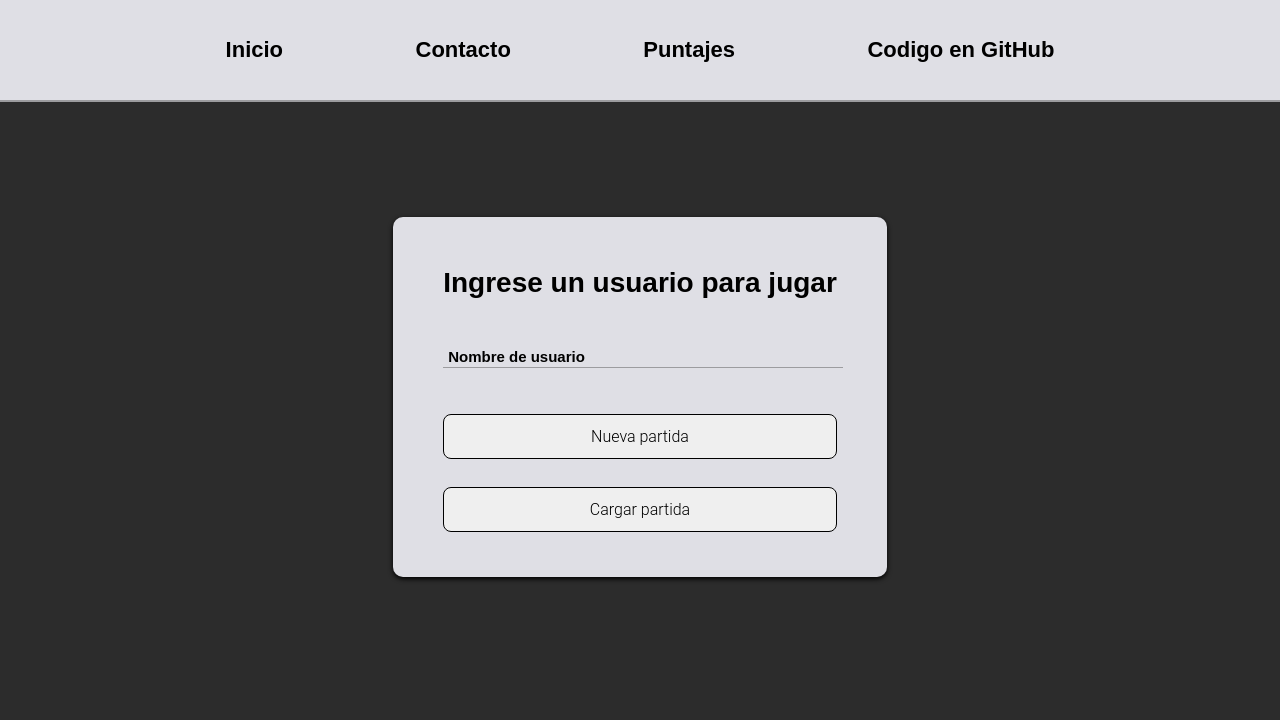
Repository: FacundoKinderknecht/FacundoKinderknecht_Wordle_Game_LPPA
Page: index.html
These files come from the project's save history. The page is drawn as it stood at one moment and after the next save; the edit follows.
The browser window is 1280 px wide. The pictures show the whole page.

Above is the page before, as saved 2023-08-08 09:25:35.

### index.html
<!DOCTYPE html>
<html lang="en">
    <head>
        <meta charset="UTF-8">
        <meta http-equiv="X-UA-Compatible" content="IE=edge">
        <meta name="viewport" content="width=device-width, initial-scale=1.0">

        <link rel ="stylesheet" href="..css/reset.css">
        <link rel="stylesheet" href="../css/styles.css">
        <link rel="stylesheet" href="../css/index.css">

        <script src="../js/index.js"></script>

        <title>Final LPPA Facundo Kinderknecht</title>
    </head>
    <body>
        <header>
            <nav class="navbar">
                <a href="../index.html">Inicio</a>
                <a href="">Contacto</a>
                <a href="../html/puntajes.html">Puntajes</a>
                <a href="https://github.com/FacundoKinderknecht/FacundoKinderknecht_Wordle_Game_LPPA" target="_blank">Codigo en GitHub</a>
            </nav>
        </header>

        <div class="form-container">
            <form class="form-user">
                <h2 class="form-title">Ingrese un usuario para jugar</h2>
                <fieldset class="form-login">
                    <input class="form-txt" id="txt-user" placeholder="">
                    <label class="form-lbl" id="lbl-user" for="txt-user">Nombre de usuario</label>
                </fieldset>
                <input type="button" class="form-button" value="Nueva partida" id="btn-new">
                <input type="button" class="form-button" value="Cargar partida" id="btn-load">
                <label class="form-txt-error hidden" id="lblErrorEmpty">Debe ingresar un usuario</label>
                <label class="form-txt-error hidden" id="error-new">Ese usuario ya tiene partida</label>
                <label class="form-txt-error hidden" id="error-load">No hay partida para ese usuario</label>
            </form>
        </div>
    </body>
</html>

### css/reset.css
/* http://meyerweb.com/eric/tools/css/reset/
   v2.0 | 20110126
   License: none (public domain)
*/

html, body, div, span, applet, object, iframe,
h1, h2, h3, h4, h5, h6, p, blockquote, pre,
a, abbr, acronym, address, big, cite, code,
del, dfn, em, img, ins, kbd, q, s, samp,
small, strike, strong, sub, sup, tt, var,
b, u, i, center,
dl, dt, dd, ol, ul, li,
fieldset, form, label, legend,
table, caption, tbody, tfoot, thead, tr, th, td,
article, aside, canvas, details, embed,
figure, figcaption, footer, header, hgroup,
menu, nav, output, ruby, section, summary,
time, mark, audio, video {
	margin: 0;
	padding: 0;
	border: 0;
	font-size: 100%;
	font: inherit;
	vertical-align: baseline;
}

### css/styles.css
body{
    font-family: Arial, Helvetica, sans-serif;
    background-color: rgba(0, 0, 0, 0.827);
    display:flex;
    align-items: center;
    flex-direction: column;
}

header{
    width: 100%;
    height: 100px;
    margin-bottom: 15px;
    display: flex;
    justify-content: justify-content;
    align-items: center;
    background-color: rgba(248, 248, 255, 0.874);
    border-bottom: 2px solid rgb(87, 87, 87, 0.49);
}

header nav{
    display:flexbox;
    justify-content: justify-content;
    align-items:center;
    text-align: center;
    width: 100%;
}

header nav a{
    text-decoration: none;
    align-items:center;
    font-weight: bold;
    font-size: 22px;
    color: black;
    margin: 5%;
}

.hidden {
    display:none;
}

### css/index.css
form{
    background-color: rgba(248, 248, 255, 0.874);
    margin: 100px auto;
    width: 90%;
    max-width: 400px;
    padding: 50px;
    padding-bottom: 25px;
    border-radius: 10px;
    box-shadow: 0px 2px 5px;
    text-align: center;
}

.form-title{
    font-size: 28px;
    margin-bottom: 40px;
    font-weight: 700;
}

.form-container{
    margin-top: 50px;
    display:flex;
    margin: auto;
}

.form-login{
    width: 100%;
    position: relative;
    margin-bottom: 30px;
}

.form-txt{
    width: 100%;
    background: none;
    margin-bottom: 8px;
    color: rgb(27, 27, 27);
    font-size: 16px;
    padding: 5px 3px;
    border:none;
    outline:none;
    border-bottom: 1px solid rgb(87, 87, 87, 0.49);
}

.form-txt:focus + .form-lbl, .form-txt:not(:placeholder-shown) + .form-lbl{
    transform: translateY(-13px) scale(0.9);
    transform-origin: left top;
}

.form-lbl{
    position:absolute;
    font-size: 15px;
    top:0;
    left:5px;
    font-weight: bold;
    transform: translateY(9px);
    transform-origin: left bottom;
    transition: transform .5s;
}

.form-txt-error{
    width: 100%;
    color:rgb(255, 0, 0);
    text-align: center;
}

.form-button{
    width: 100%;
    font-family: 'Roboto', sans-serif;
    font-weight: 300;
    font-size: 16px;
    padding: 12px 0px;
    border: 1px solid;
    border-radius: 8px;
    cursor: pointer;
    transition: background-color .3s;
    margin-top: 8px;
    margin-bottom: 20px;
}

.hidden{
    display: none;
}

### js/index.js
function getElements() {
    user = document.getElementById("txt-user")
    btnNew = document.getElementById("btn-new")
    btnLoad = document.getElementById("btn-load")
    lblErrorNew = document.getElementById("error-new")
    lblErrorLoad = document.getElementById("error-load")
}

window.onload = () => {
    getElements()
    hideLabels()


    //cuando presiono el boton nuevo juego chequeo las partidas guardas y logueo el usuario
    btnNew.onclick = (e) => {
        hideLabels()
        let currentUser = user.value
        if (currentUser) {
            if (localStorage.getItem(`saveGame${currentUser}`) === null) {
                sessionStorage.setItem("user", user.value)
                sessionStorage.setItem("isNew", true)
                location.href = '/html/wordle.html'
            } else {
                lblErrorNew.classList.toggle("hidden", false)
            }
        } else {
            lblErrorEmpty.classList.toggle("hidden", false)
        }
    }

    //cuando presiono el boton cargar partida chequeo las partidas guardas cargo una y logueo el usuario
    btnLoad.onclick = (e) => {
        hideLabels()
        let currentUser = user.value
        if (currentUser) {
            if ((`saveGame${currentUser}` in localStorage)) {
                sessionStorage.setItem("user", user.value)
                sessionStorage.setItem("isNew", "false")
                location.href = '/html/wordle.html'
            } else {
                lblErrorLoad.classList.toggle("hidden", false)
            }
        } else {
            lblErrorEmpty.classList.toggle("hidden", false)
        }
    }


    function hideLabels() {
        user.onfocus = () => {
            lblErrorEmpty.classList.toggle("hidden", true)
        }
    }
}

After the next save:
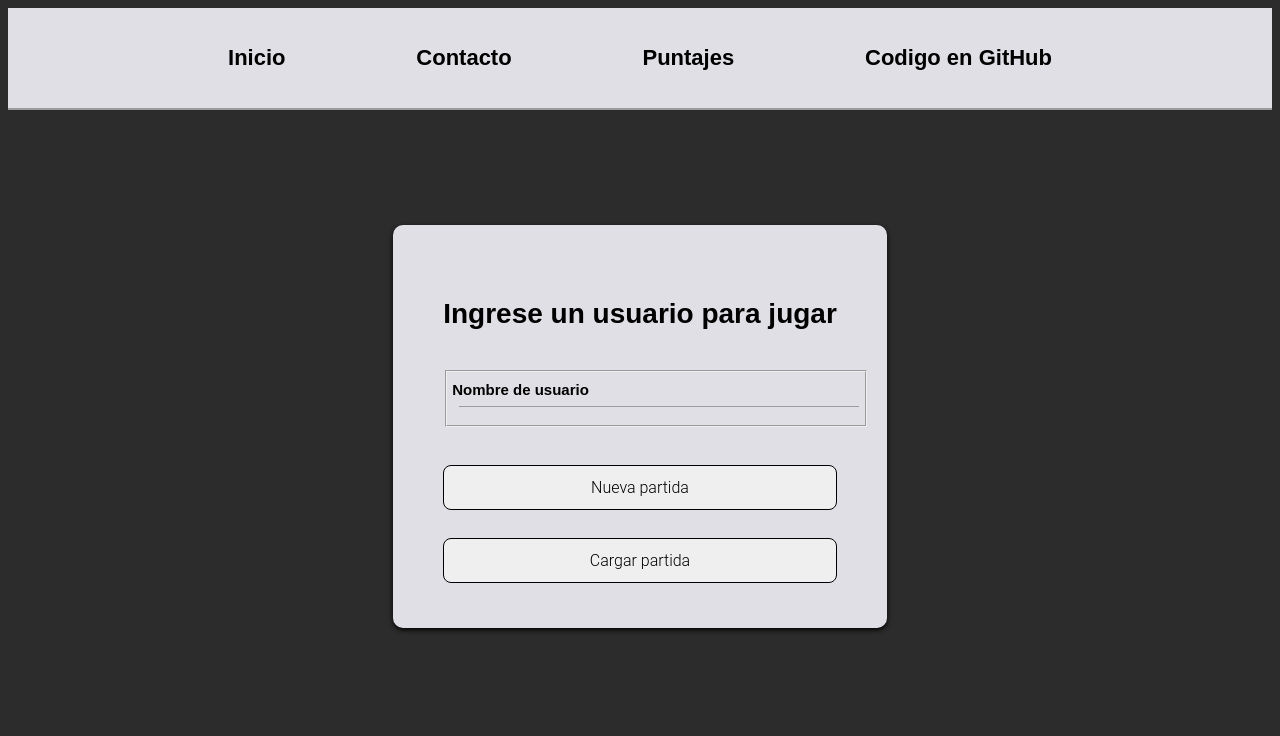
Saved 100 s later.
--- a/index.html
+++ b/index.html
@@ -5,7 +5,7 @@
         <meta http-equiv="X-UA-Compatible" content="IE=edge">
         <meta name="viewport" content="width=device-width, initial-scale=1.0">
 
-        <link rel ="stylesheet" href="..css/reset.css">
+        <link rel ="stylesheet" href="">
         <link rel="stylesheet" href="../css/styles.css">
         <link rel="stylesheet" href="../css/index.css">
 
